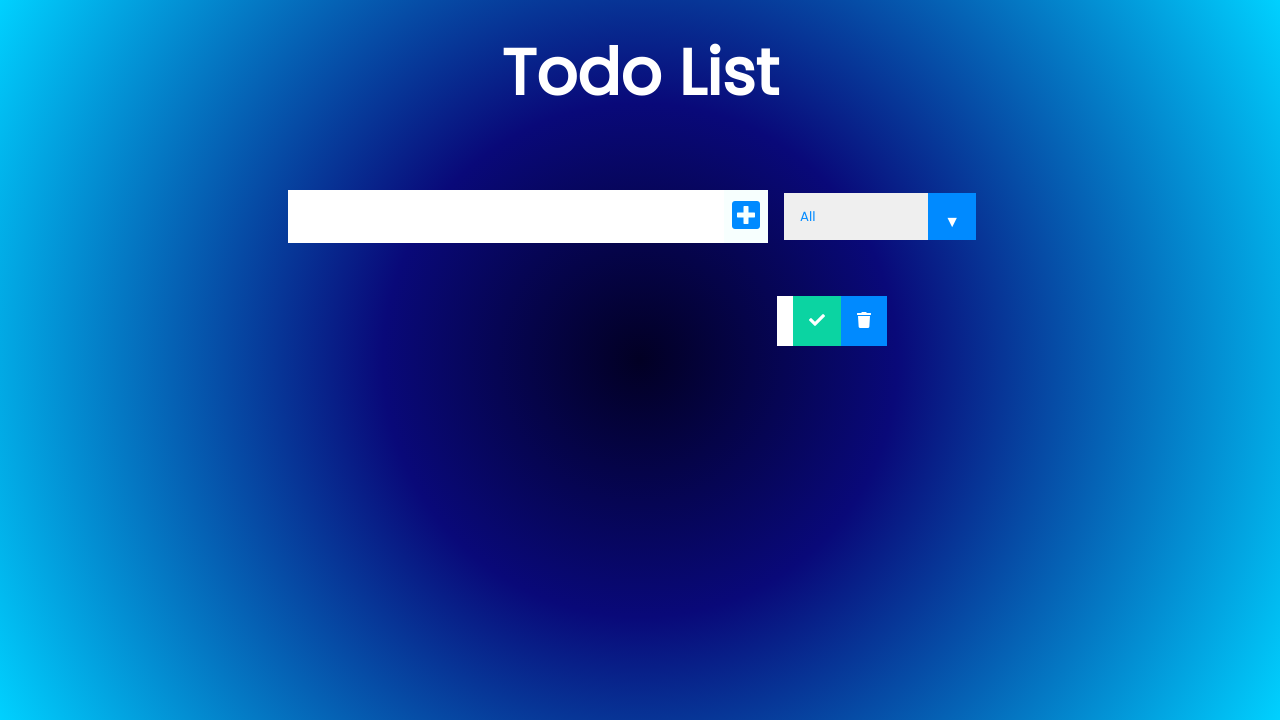
Repository: chellshelove/WADS_Assignment_TodoApp
Page: /
The author's editor kept a copy of each file at every save. The page is drawn from the files as they stood at one save, then again after the next save.
The browser window is 1280 px wide. The pictures show the whole page.
Some web libraries are served in a nearby version. The project was rebuilt for these pictures with package versions that can differ from the ones it lists, and the page was loaded fresh each time.

Above is the page before, as saved 2023-03-09 20:59:14.

### src/App.js
import React, {useState} from 'react';
import './App.css';
//importing components
import Form from './components/Form';
import TodoList from './components/TodoList';

function App() {
  const [inputText, setInputText] = useState("");
  const [todos, setTodos] = useState([]);
  return (
    <div className="todo-app">
      <header>
        <h1>Todo List</h1>
      </header>
      <Form inputText={inputText} todos={todos} setTodos={setTodos} setInputTtext={setInputText}/>
      <TodoList />
    </div>
  );
}

export default App;

### src/App.css
* {
  margin: 0;
  padding: 0;
  box-sizing: border-box;
}
body {
  background-image: radial-gradient(circle, rgba(2,0,36,1) 0%, rgba(9,9,121,1) 35%, rgba(0,209,255,1) 100%);
  color: white;
  font-family: "Poppins", sans-serif;
  min-height: 100vh;
}
header {
  font-size: 2rem;
}

header,
form {
  min-height: 20vh;
  display: flex;
  justify-content: center;
  align-items: center;
}
form input,
form button {
  padding: 0.5rem;
  font-size: 2rem;
  border: none;
  background: white;
}
form button {
  color: #008aff;
  background: #f7fffe;
  cursor: pointer;
  transition: all 0.3s ease;
}
form button:hover {
  background: #00ddff;
  color: white;
}
.todo-container {
  display: flex;
  justify-content: center;
  align-items: center;
}

.todo-list {
  min-width: 30%;
  list-style: none;
}

.todo {
  margin: 0.5rem;
  background: white;
  font-size: 1.5rem;
  color: black;
  display: flex;
  justify-content: space-between;
  align-items: center;
  transition: all 1s ease;
}
.filter-todo {
  padding: 1rem;
}
.todo li {
  flex: 1;
}

.trash-btn,
.complete-btn {
  background: #008aff;
  color: white;
  border: none;
  padding: 1rem;
  cursor: pointer;
  font-size: 1rem;
}
.complete-btn {
  background: rgb(11, 212, 162);
}
.todo-item {
  padding: 0rem 0.5rem;
}

.fa-trash,
.fa-check {
  pointer-events: none;
}

.fall {
  transform: translateY(10rem) rotateZ(20deg);
  opacity: 0;
}

.completed {
  text-decoration: line-through;
  opacity: 0.5;
}

/*CUSTOM SELECTOR */
select {
  -webkit-appearance: none;
  -moz-appearance: none;
  -ms-appearance: none;
  appearance: none;
  outline: 0;
  box-shadow: none;
  border: 0 !important;
  background-image: none;
}

/* Custom Select */
.select {
  margin: 1rem;
  position: relative;
  overflow: hidden;
}
select {
  color: #008aff;
  font-family: "Poppins", sans-serif;
  cursor: pointer;
  width: 12rem;
}
/* Arrow */
.select::after {
  content: "\25BC";
  position: absolute;
  top: 0;
  right: 0;
  padding: 1rem;
  background: #008aff;
  cursor: pointer;
  pointer-events: none;
}
/* Transition */
/*
.select:hover::after {
  transform: scale(1.5);
}
*/

### src/components/Form.js
import React from 'react'

const Form = ({setInputText, todos, setTodos, inputText}) => {
    const inputTextHandler = (e) => {
        console.log(e.target.value);
        setInputText(e.target.value);
    };
    const submitTodoHandler = (e) => {
        e.preventDefault();
        setTodos = ([
            ...todos, {text: inputText, completed: false, id: Math.random() * 10000},
        ]);
        setInputText("");
    };
    return(
        <form>
      <input
      //value = {inputText}
      onChange={inputTextHandler} type="text" className="todo-input" />
      <button onClick={submitTodoHandler} className="todo-button" type="submit">
        <i className="fas fa-plus-square"></i>
      </button>
      <div className="select">
        <select name="todos" className="filter-todo">
          <option value="all">All</option>
          <option value="completed">Completed</option>
          <option value="uncompleted">Uncompleted</option>
        </select>
      </div>
    </form>
    );
}

export default Form;

### src/components/TodoList.js
import React from 'react';
import Todo from './Todo';

const TodoList = () => {
    return(
        <div className="todo-container">
      <ul className="todo-list"></ul>
      <Todo />
    </div>
    );
};

export default TodoList;

### src/components/Todo.js
import React from 'react'

const Todo = () => {
    return(
        <div className="todo">
            <li className="todo item"></li>
            <button className="complete-btn">
                <i className="fas fa-check"></i>
            </button>
            <button  className="trash-btn">
                <i className="fas fa-trash"></i>
            </button>
        </div>
    );
};

export default Todo;

Loaded but not shown: public/index.html (common file); src/index.js (common file)

After the next save:
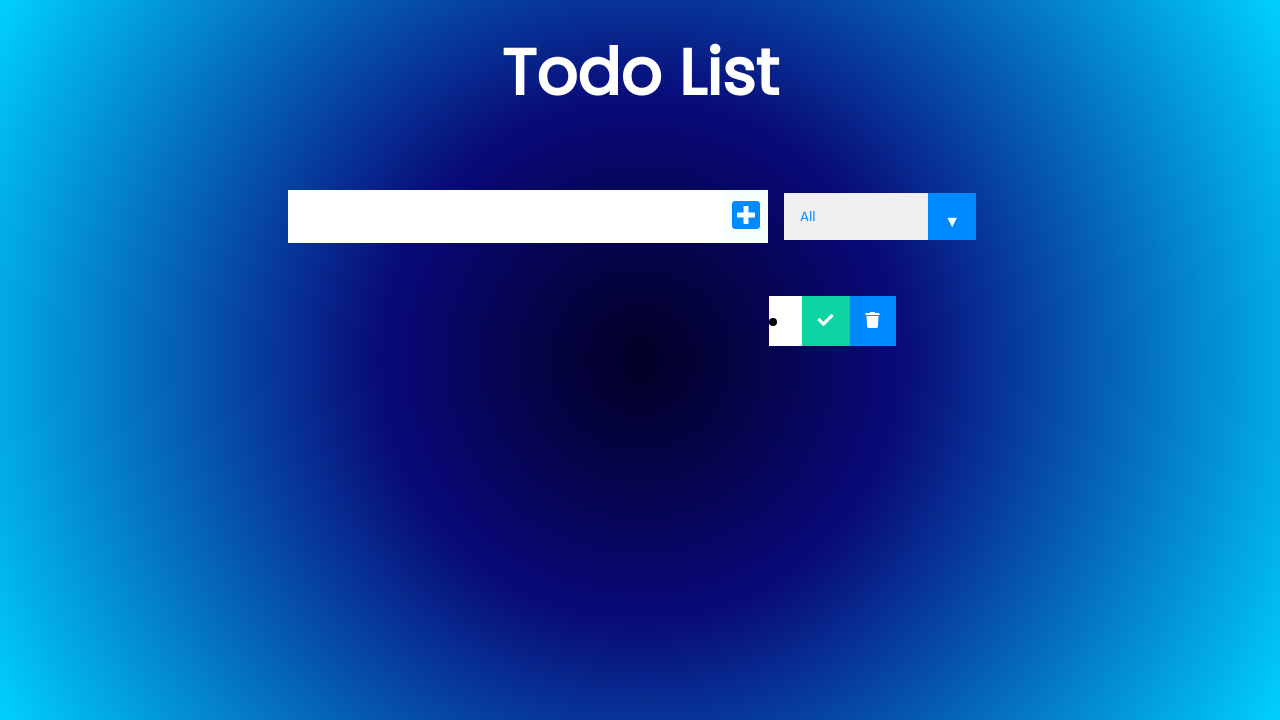
Saved 5 s later.
--- a/src/components/Todo.js
+++ b/src/components/Todo.js
@@ -3,7 +3,7 @@
 const Todo = () => {
     return(
         <div className="todo">
-            <li className="todo item"></li>
+            <li className="todoitem"></li>
             <button className="complete-btn">
                 <i className="fas fa-check"></i>
             </button>

After the save that followed:
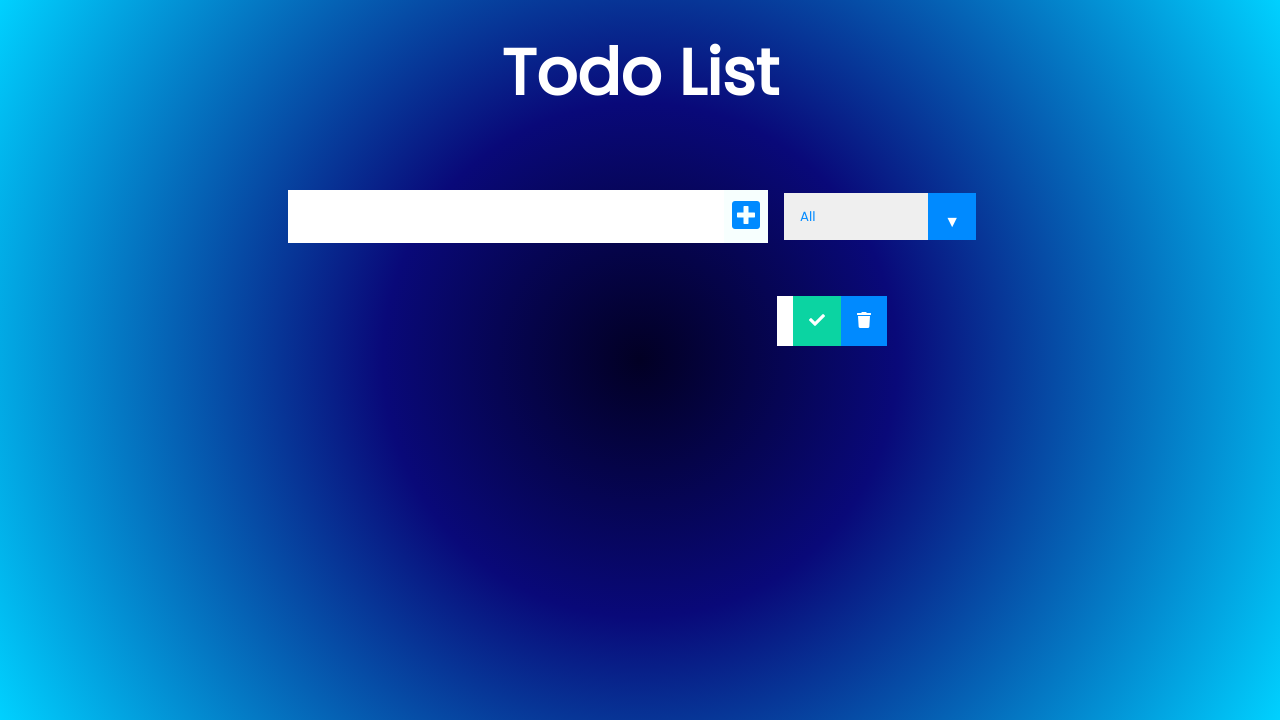
Saved 6 s later.
--- a/src/components/Todo.js
+++ b/src/components/Todo.js
@@ -3,7 +3,7 @@
 const Todo = () => {
     return(
         <div className="todo">
-            <li className="todoitem"></li>
+            <li className="todo item"></li>
             <button className="complete-btn">
                 <i className="fas fa-check"></i>
             </button>
